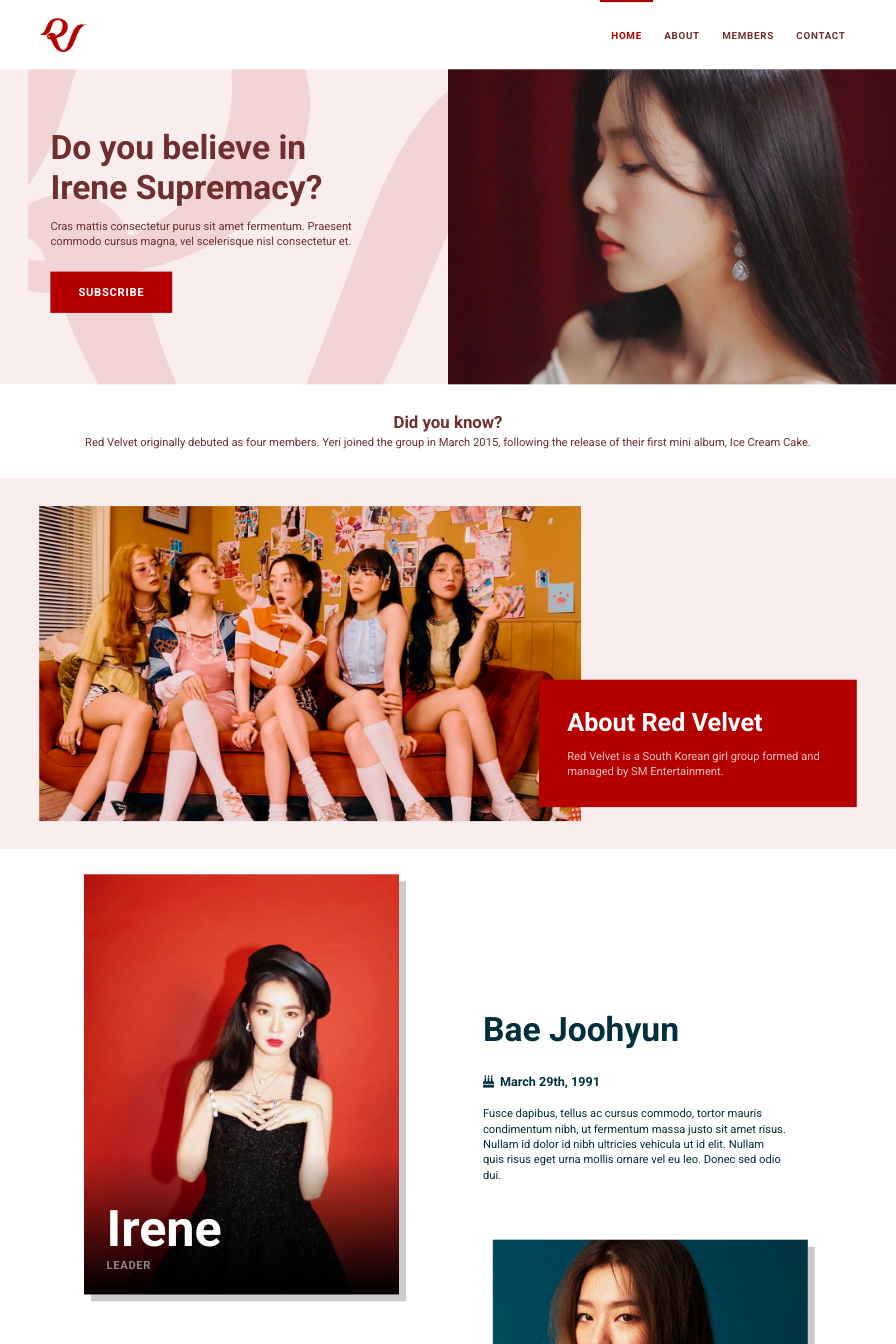
Repository: stillnotdavid/eternity-university
Page: app/index.html
The author's editor kept a copy of each file at every save. The page is drawn from the files as they stood at one save, then again after the next save.
The browser window is 1280 px wide. The pictures show the part of the page from y = 0 to 1920 px (the page is 3451 px tall), at 70% of full size.
The style sheet was rebuilt from its Sass, Less or Tailwind sources for each picture, by a compiler version that may differ from the author's.

Above is the page before, as saved 2021-12-05 22:03:07.

### app/index.html
<!doctype html>
<html class="no-js" lang="">

<head>
  <meta charset="utf-8">
  <meta name="description" content="">

  <meta name="viewport" content="width=device-width, initial-scale=1, shrink-to-fit=no">
  <title>Red Velvet Fansite</title>
  <link rel="apple-touch-icon" href="apple-touch-icon.png">
  <link rel="stylesheet" href="https://use.fontawesome.com/releases/v5.15.4/css/all.css"
    integrity="sha384-DyZ88mC6Up2uqS4h/KRgHuoeGwBcD4Ng9SiP4dIRy0EXTlnuz47vAwmeGwVChigm" crossorigin="anonymous">
  <!-- Place favicon.ico in the root directory -->
  <!-- build:css styles/vendor.css -->
  <!-- endbuild -->
  <!-- build:css styles/main.css -->
  <link rel="stylesheet" href="styles/main.css">
  <!-- endbuild -->
  <!-- build:js scripts/modernizr.js -->
  <script src="scripts/modernizr.js"></script>
  <!-- endbuild -->
</head>

<body>
  <!--[if IE]>
      <p class="browserupgrade">You are using an <strong>outdated</strong> browser. Please <a href="http://browsehappy.com/">upgrade your browser</a> to improve your experience.</p>
    <![endif]-->
  <header class="header">
    <div class="container header__container">
      <a class="header__logo" href="#"><img class="header__logo-image" src="images/logo.png"
          alt="Red Velvet Logo" /></a>
      <nav class="header__nav">
        <ul class="header__nav-links">
          <li class="header__nav-item">
            <a class="header__nav-link header__nav-link--active" href="">Home</a>
          </li>
          <li class="header__nav-item">
            <a class="header__nav-link" href="">About</a>
          </li>
          <li class="header__nav-item">
            <a class="header__nav-link" href="">Members</a>
          </li>
          <li class="header__nav-item">
            <a class="header__nav-link" href="">Contact</a>
          </li>
        </ul>
      </nav>
    </div>
  </header>
  <section class="hero">
    <div class="container--half logo-background">
      <div class="hero__cta">
        <h1>Do you believe in Irene Supremacy?</h1>
        <p>Cras mattis consectetur purus sit amet fermentum. Praesent commodo cursus magna,
          vel scelerisque nisl
          consectetur et.</p>
        <a class="button-primary" href="">Subscribe</a>
      </div>
    </div>
    <div class="hero__image">
    </div>
  </section>
  <section class="trivia">
    <div class="container trivia__container">
      <div class="trivia__title">Did you know?</div>
      <p class="margin-top--small no-margin--bottom">Red Velvet originally debuted as four members. Yeri joined the
        group in March 2015,
        following the release of
        their first mini album, Ice Cream Cake.</p>
    </div>
  </section>
  <section class="about">
    <div class="container about__container">
      <img class="about__image" src="images/group.png" alt="Red Velvet Sitting!">
      <div class="about__text">
        <h2>About Red Velvet</h2>
        <p class="light">Red Velvet is a South Korean girl group formed and managed by SM Entertainment.</p>
      </div>
    </div>
  </section>
  <section class="members">
    <div class="container members__container">
      <div class="member margin-top--none">
        <div class="member__photo">
          <div class="member__photo-image member__irene">
            <div class="member__name">Irene</div>
            <div class="member__position">Leader</div>
          </div>
        </div>
        <div class="member__info">
          <h3>Bae Joohyun</h3>
          <h4 class="member__info-birthdate">
            <i class="fas fa-birthday-cake margin-right--small"></i> March 29th, 1991
          </h4>
          <p class="member__info-description">Fusce dapibus, tellus ac cursus commodo, tortor mauris condimentum nibh,
            ut fermentum massa justo sit amet
            risus. Nullam id dolor id nibh ultricies vehicula ut id elit. Nullam quis risus eget urna mollis ornare vel
            eu
            leo. Donec sed odio dui.</p>
        </div>
      </div>
      <div class="member member--reverse">
        <div class="member__photo">
          <div class="member__photo-image member__seulgi">
            <div class="member__name">Seulgi</div>
            <div class="member__position">Main Dancer</div>
          </div>
        </div>
        <div class="member__info">
          <h3>Kang Seulgi</h3>
          <h4 class="member__info-birthdate">
            <i class="fas fa-birthday-cake margin-right--small"></i> March 29th, 1991
          </h4>
          <p class="member__info-description">Fusce dapibus, tellus ac cursus commodo, tortor mauris condimentum nibh,
            ut fermentum massa justo sit amet
            risus. Nullam id dolor id nibh ultricies vehicula ut id elit. Nullam quis risus eget urna mollis ornare vel
            eu
            leo. Donec sed odio dui.</p>
        </div>
      </div>
  </section>
  <section class="members background--gray">
    <div class="container members__container">
      <div class="member">
        <div class="member__photo">
          <div class="member__photo-image member__joy">
            <div class="member__name">Joy</div>
            <div class="member__position">Sub-Vocalist</div>
          </div>
        </div>
        <div class="member__info">
          <h3>Park Sooyoung</h3>
          <h4 class="member__info-birthdate">
            <i class="fas fa-birthday-cake margin-right--small"></i> March 29th, 1991
          </h4>
          <p class="member__info-description">Fusce dapibus, tellus ac cursus commodo, tortor mauris condimentum nibh,
            ut fermentum massa justo sit amet
            risus. Nullam id dolor id nibh ultricies vehicula ut id elit. Nullam quis risus eget urna mollis ornare
            vel
            eu
            leo. Donec sed odio dui.</p>
        </div>
      </div>
      <div class="member member--reverse">
        <div class="member__photo">
          <div class="member__photo-image member__wendy">
            <div class="member__name">Wendy</div>
            <div class="member__position"> Main Vocalist</div>
          </div>
        </div>
        <div class="member__info">
          <h3>Son Seungwan</h3>
          <h4 class="member__info-birthdate">
            <i class="fas fa-birthday-cake margin-right--small"></i> March 29th, 1991
          </h4>
          <p class="member__info-description">Fusce dapibus, tellus ac cursus commodo, tortor mauris condimentum nibh,
            ut fermentum massa justo sit amet
            risus. Nullam id dolor id nibh ultricies vehicula ut id elit. Nullam quis risus eget urna mollis ornare
            vel
            eu
            leo. Donec sed odio dui.</p>
        </div>
      </div>
    </div>
  </section>

  <!-- build:js scripts/vendor.js -->
  <!-- endbuild -->
  <!-- build:js scripts/main.js -->
  <script src="scripts/main.js"></script>
  <!-- endbuild -->
</body>

</html>

### app/styles/main.scss
@import 'partials/colors';
@import 'partials/spacing';
@import 'partials/typography';
@import 'partials/utilities';

@import 'components/button';
@import 'components/header';
@import 'components/hero';
@import 'components/trivia';
@import 'components/about';
@import 'components/members';


* {
  box-sizing: border-box;
}

html,
body {
  padding: 0;
  margin: 0;
}

.container {
  display: flex;
  width: 100%;
  max-width: 1200px;
  margin: 0 auto;
  padding: 0 $spacing-large;

  &--half {
    width: 100%;
    max-width: 600px;
    margin-left: auto;
    padding: 0 $spacing-xlarge;
  }
}


.logo-background {
  background-image: url(../images/logo-transparent.png);
  background-position: center center;
}

### app/styles/partials/_colors.scss
$color-primary: #B50000;
$color-secondary: #6F2F2F;
$color-tertiary: #00303B;

$background-primary: #F9EDED;
$background-gray: #f6f6f6;


$colors: ("primary": $color-primary,
  "secondary": $color-secondary,
  "gray": $background-gray);


@each $name,
$color in $colors {
  .background {

    &--#{$name} {
      background-color: #{$color};
    }
  }
}

@each $name,
$color in $colors {
  .color {

    &--#{$name} {
      color: #{$color} !important;
    }
  }
}

### app/styles/partials/_spacing.scss
$spacing-xsmall: 2px;
$spacing-small: 4px;
$spacing-medium: 8px;
$spacing-large: 16px;
$spacing-xlarge: 32px;

### app/styles/partials/_typography.scss
@import url('https://fonts.googleapis.com/css2?family=Roboto:wght@400;500;700&display=swap');


body,
html {
  font-family: 'Roboto', sans-serif;
}


$font-small: 14px;
$font-medium: 16px;
$font-large: 18px;
$font-xlarge: 24px;
$font-xxxlarge: 48px;

$font-regular: 400;
$font-bold: 700;


h1 {
  font-size: $font-xxxlarge;
  font-weight: $font-bold;
  color: $color-secondary;
  margin: $spacing-medium 0;
}

h2 {
  font-size: 36px;
  margin: 0;
}

h3 {
  font-size: 48px;
  margin: 0 0 36px 0;
  color: $color-tertiary;
}

h4 {
  font-size: $font-large;
  font-weight: $font-bold;
  color: $color-tertiary;
}

p {
  font-size: $font-medium;
  color: $color-secondary;
  line-height: 22px;

  &.light {
    color: rgba(255, 255, 255, .75);
  }
}

### app/styles/partials/_utilities.scss
$sides: top,
bottom,
left,
right;

@each $side in $sides {
  .no-margin {
    margin: 0;

    &--#{$side} {
      margin-#{$side}: 0;
    }
  }
}

@each $side in $sides {
  .no-padding {
    padding: 0;

    &--#{$side} {
      padding-#{$side}: 0;
    }
  }
}

$spacing: ("none": 0, "small": 4px, "medium": 8px, "large": 16px);

@each $side in $sides {
  .margin {

    &-#{$side} {

      @each $size,
      $value in $spacing {
        &--#{$size} {
          margin-#{$side}: $value !important;
        }
      }
    }
  }
}

### app/styles/components/_button.scss
.button-primary {
  display: inline-block;
  background-color: $color-primary;
  padding: 20px 40px;
  text-decoration: none;
  color: white;
  font-size: $font-medium;
  font-weight: $font-bold;
  text-transform: uppercase;
  letter-spacing: 1px;
  margin: $spacing-large 0;
}

### app/styles/components/_header.scss
$_logo-height: 50px;


.header {

  &__container {
    justify-content: space-between;
  }

  &__logo {
    display: flex;
    align-items: center;

    &-image {
      height: $_logo-height;
    }
  }

  &__nav {

    &-links {
      display: flex;
      list-style-type: none;
      padding: 0;
      margin: 0;
    }

    &-item {
      display: flex;
    }

    &-link {
      padding: 40px $spacing-large;
      text-decoration: none;
      color: $color-secondary;
      text-transform: uppercase;
      font-size: $font-small;
      font-weight: $font-bold;
      letter-spacing: 1px;
      border-top: 3px solid transparent;

      &:hover,
      &--active {
        color: $color-primary;
        border-top: 3px solid $color-primary;
      }
    }
  }
}

### app/styles/components/_hero.scss
$_hero-height: 450px;

.hero {
  height: $_hero-height;
  background: $background-primary;
  display: flex;

  &__container {
    align-items: center;
  }

  &__cta {
    flex: 0 0 50%;
    padding: 75px 100px 50px 0;
  }

  &__image {
    flex: 0 0 50%;
    height: 100%;
    background-image: url('../../images/hero.jpeg');
    background-size: cover;
    background-position: center center;
  }
}

### app/styles/components/_trivia.scss
.trivia {
  text-align: center;
  padding: 40px;

  &__container {
    flex-direction: column;
  }

  &__title {
    font-size: $font-xlarge;
    font-weight: $font-bold;
    color: $color-secondary;
  }
}

### app/styles/components/_about.scss
.about {
  background: $background-primary;
  padding: 40px 0;

  &__container {
    align-items: flex-end;
  }

  &__image {
    height: 450px;
  }

  &__text {
    background: $color-primary;
    color: white;
    padding: 40px;
    margin-left: -60px;
    margin-bottom: 20px;

    p {
      margin-bottom: 0;
    }
  }
}

### app/styles/components/_members.scss
.members {
  &__container {
    flex-direction: column;
  }
}

.member {
  display: flex;
  align-items: center;
  margin-top: -150px;

  &--reverse {
    flex-direction: row-reverse;

    .member__photo-image {
      margin-left: 70px;
    }

    .member__info {
      padding: 100px 0 100px 100px;
      flex-basis: 40%;
    }
  }

  &__photo {
    flex: 0 1 50%;
    display: flex;
    padding: 36px 0;

    &-image {
      height: 600px;
      width: 450px;
      background-size: cover;
      background-position: center center;
      margin-left: auto;
      margin-right: 70px;
      box-shadow: 10px 10px 0 #ccc;
      display: flex;
      padding: $spacing-xlarge;
      flex-direction: column;
      justify-content: flex-end;
      position: relative;

      &:before {
        background: linear-gradient(to top, black, transparent);
        height: 200px;
        width: 100%;
        position: absolute;
        content: '';
        bottom: 0;
        left: 0;
        z-index: 1;
      }
    }
  }

  &__info {
    flex: 0 1 50%;
    padding: 150px 100px 100px 50px;

    &-description {
      color: $color-tertiary;
    }
  }

  &__name {
    font-size: 72px;
    font-weight: $font-bold;
    color: white;
    z-index: 2;
  }

  &__position {
    font-size: $font-medium;
    font-weight: $font-bold;
    text-transform: uppercase;
    letter-spacing: 1px;
    color: rgba(255, 255, 255, .50);
    z-index: 2;
  }

  &__irene {
    background-image: url('../../images/member__irene.jpeg');
  }

  &__seulgi {
    background-image: url('../../images/member__seulgi.png');
  }

  &__joy {
    background-image: url('../../images/member__joy.jpeg');
  }

  &__wendy {
    background-image: url('../../images/member__wendy.png');
  }
}

Loaded but not shown: app/scripts/main.js (common file)

After the next save:
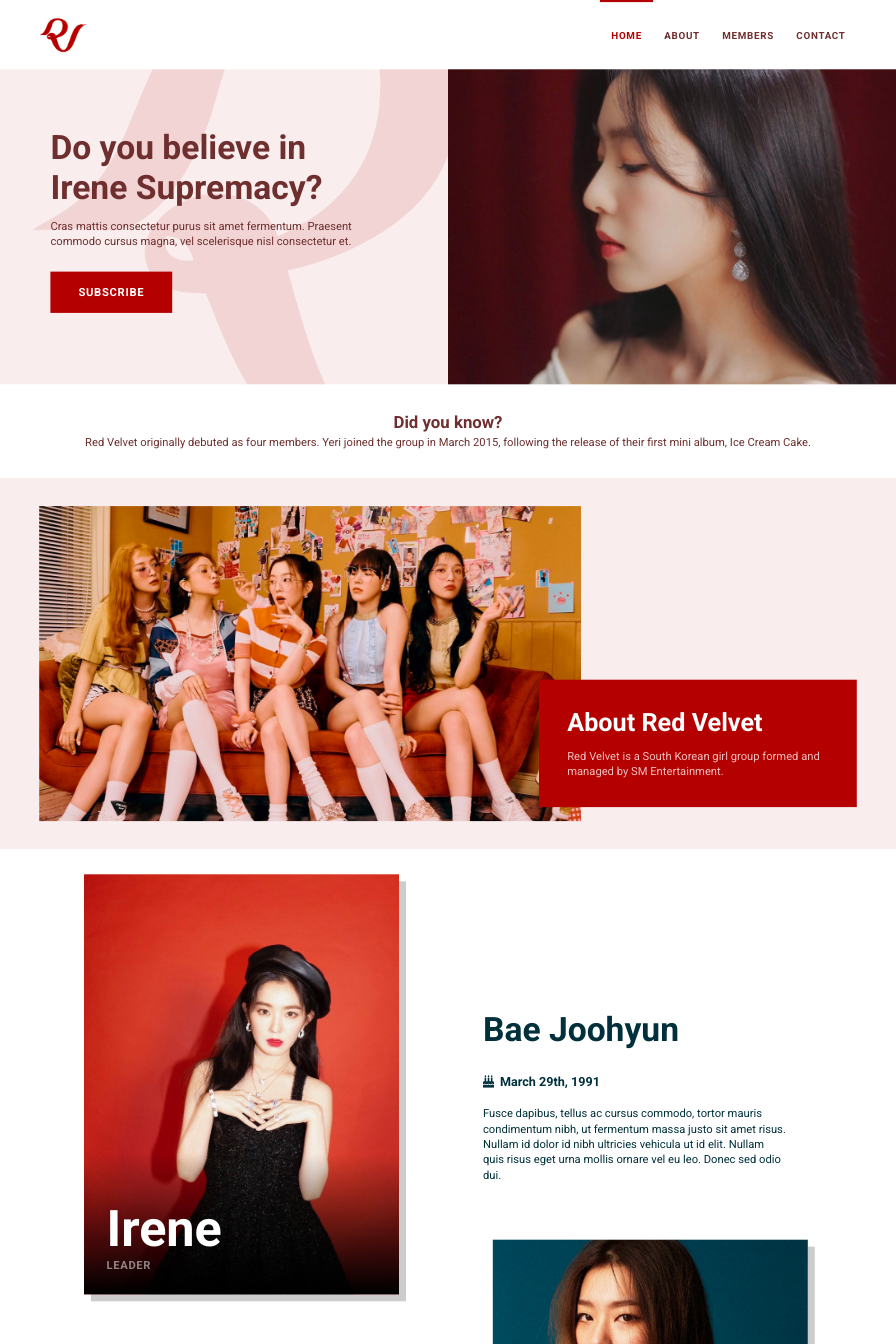
Saved 11 s later.
--- a/app/styles/main.scss
+++ b/app/styles/main.scss
@@ -39,5 +39,5 @@
 
 .logo-background {
   background-image: url(../images/logo-transparent.png);
-  background-position: center center;
+  background-position: left center;
 }
